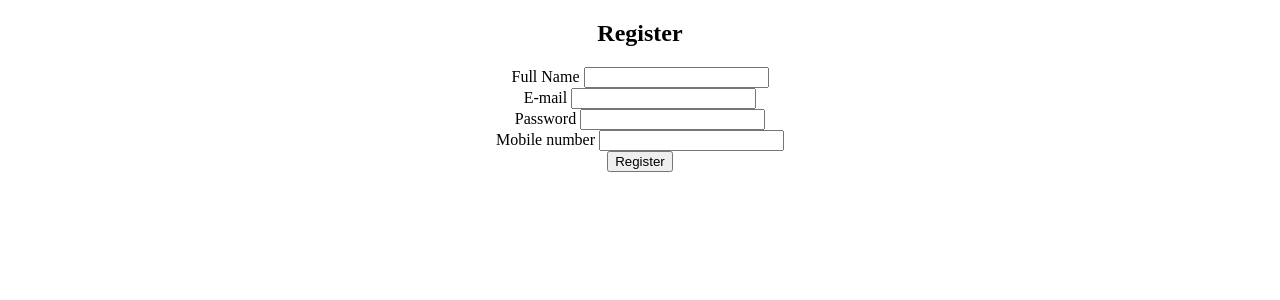
Repository: adiganaveen/Servlets
Page: LoginRegistrationApp/WebContent/registration.html
These files come from the project's save history. The page is drawn as it stood at one moment and after the next save; the edit follows.
The browser window is 1280 px wide. The pictures show the whole page.

Above is the page before, as saved 2019-01-22 09:46:28.

After the next save:
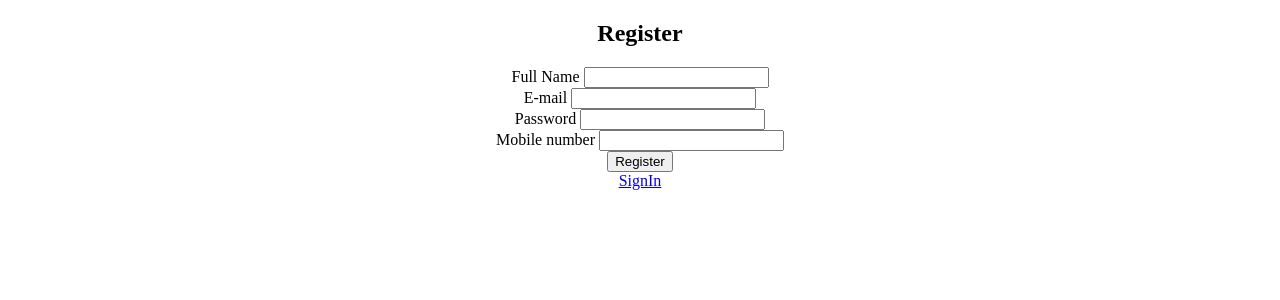
Saved 9 min 46 s later.
--- a/LoginRegistrationApp/WebContent/registration.html
+++ b/LoginRegistrationApp/WebContent/registration.html
@@ -27,6 +27,9 @@
 			<div>
 				<button type="submit" name="submit">Register</button>
 			</div>
+			<div>
+			<a href="login.html">SignIn</a>
+			</div>
 		</div>
 	</form>
 </body>
